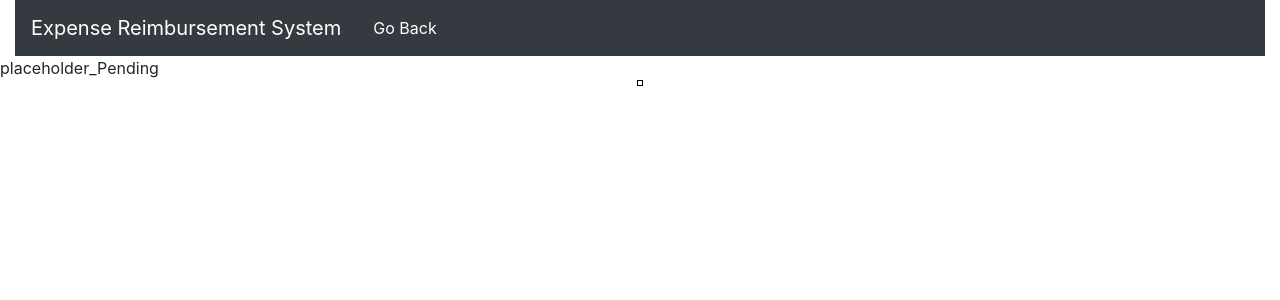
Repository: Trevormulrenin/ers-app
Page: ers-app/src/main/webapp/html/pending.html
The author's editor kept a copy of each file at every save. The page is drawn from the files as they stood at one save, then again after the next save.
The browser window is 1280 px wide. The pictures show the whole page.

Above is the page before, as saved 2021-03-30 22:46:45.

### ers-app/src/main/webapp/html/pending.html
<!DOCTYPE html>
<html>
<head>
	<meta charset="UTF-8">
	<meta name="viewport" content="width=device-with, initial-scale=1.0">

    <link rel="stylesheet" href="https://stackpath.bootstrapcdn.com/bootstrap/4.5.0/css/bootstrap.min.css" integrity="sha384-9aIt2nRpC12Uk9gS9baDl411NQApFmC26EwAOH8WgZl5MYYxFfc+NcPb1dKGj7Sk" crossorigin="anonymous">
	<link rel="stylesheet" type="text/css" href="../css/style.css">
 </head>

 <body>
 	<div class="container-fluid">
		<nav class="navbar navbar-expand-lg navbar-dark bg-dark">
			<a class="navbar-brand" href="index.html">Expense Reimbursement System</a>
					<a class="nav-item nav-link active" id="nav-item-right" href="/ers-app/EmployeeHomeServlet">Go Back</a>
		</nav>
	</div>

	<table id="pending-table">

			placeholder_Pending

	</table>

 </body>
 </html>

### ers-app/src/main/webapp/css/style.css
@charset "UTF-8";

#navbar-menu-right{
	text-decoration: none;
	color: black;
}

.nav-item, .nav-item-active, .nav-list-right {
		color: white;
		border: 1px;
		border-color:white;
	}

h1 {
	text-align: center;
    font-family: Lato;
    color: Black;
    font-size: 40px;
    margin: 50px;
}

p {
	text-align: center;
    font-family: Lato;
	color: Black;
	font-size: 15px;
}

h2 {
	text-align: center;
    font-family: Lato;
    color: Black;
    font-size: 40px;
    margin: 10px;
}

#enter-credentials {
	text-align: center;
    font-family: Lato;
	color: Black;
	font-size: 20px;
}


#pending-reimbursement, #resolved-reimbursement {
	border: 2px solid black;
	color: black;
	text-align:center;
	height: 300px;
	width: 400px;
    top:160px;
    left:20%;
/*     display: flex; */
/* 	justify-content: space-evenly; */
}

#pending-reimbursement {
	float: left;
}

#resolved-reimbursement:hover {
	background-color: gray;
	color:white;
}

#pending-reimbursement:hover {
	background-color: gray;

	color:white;
}

#pending-table, #resolved-table {
	width: "100%";
	padding: 2px;
	margin-left: auto;
	margin-right: auto;
	border: 1px solid black;
	border-collapse: separate;
	border-spacing: 1px;
}

.nav-item, .nav-item-active, .nav-list-right {
/* 		text-decoration: none; */
		color: white;
		border: 1px;
		border-color:white;
	}

#log-in-button {
	text-align: center;
}

.login {
	border: 2px solid black;
	content: 5px;
	width: auto;
	text-align: center;
	padding: 5px;
	margin: auto;
	box-shadow: white;
}

#update-table {
	width: "100%";
	padding: 2px;
	margin-top: 5px;
	margin-bottom: 0px;
	margin-left: auto;
	margin-right: auto;
	border: 1px solid black;
	border-collapse: separate;
	border-spacing: 2px;
}

#reimbursement-table {
	width: "100%";
	padding: 2px;
	margin-top: 5px;
	margin-bottom: 0px;
	margin-left: auto;
	margin-right: auto;
	border: 1px solid black;
	border-collapse: separate;
	border-spacing: 2px;
}

.log-in-button {
	text-align: center;
	margin-top: 10px;
}

After the next save:
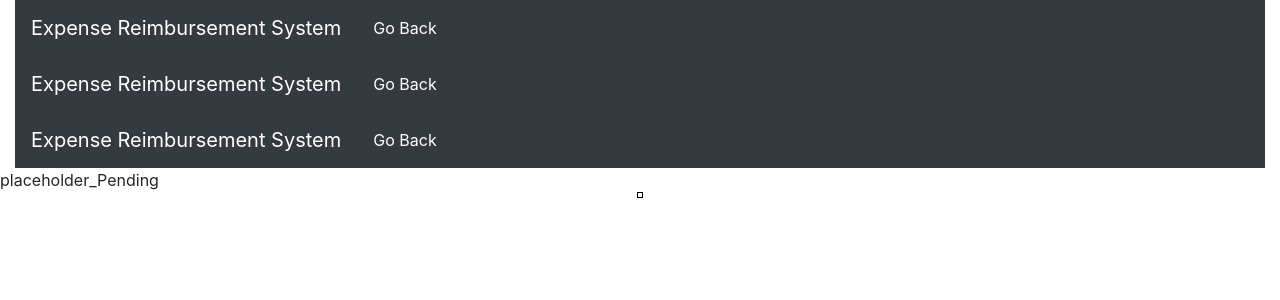
Saved 33 s later.
--- a/ers-app/src/main/webapp/html/pending.html
+++ b/ers-app/src/main/webapp/html/pending.html
@@ -15,6 +15,18 @@
 					<a class="nav-item nav-link active" id="nav-item-right" href="/ers-app/EmployeeHomeServlet">Go Back</a>
 		</nav>
 	</div>
+	 	<div class="container-fluid">
+		<nav class="navbar navbar-expand-lg navbar-dark bg-dark">
+			<a class="navbar-brand" href="index.html">Expense Reimbursement System</a>
+					<a class="nav-item nav-link active" id="nav-item-right" href="/ers-app/EmployeeHomeServlet">Go Back</a>
+		</nav>
+	</div>
+	 	<div class="container-fluid">
+		<nav class="navbar navbar-expand-lg navbar-dark bg-dark">
+			<a class="navbar-brand" href="index.html">Expense Reimbursement System</a>
+					<a class="nav-item nav-link active" id="nav-item-right" href="/ers-app/EmployeeHomeServlet">Go Back</a>
+		</nav>
+	</div>
 
 	<table id="pending-table">
 

After the save that followed:
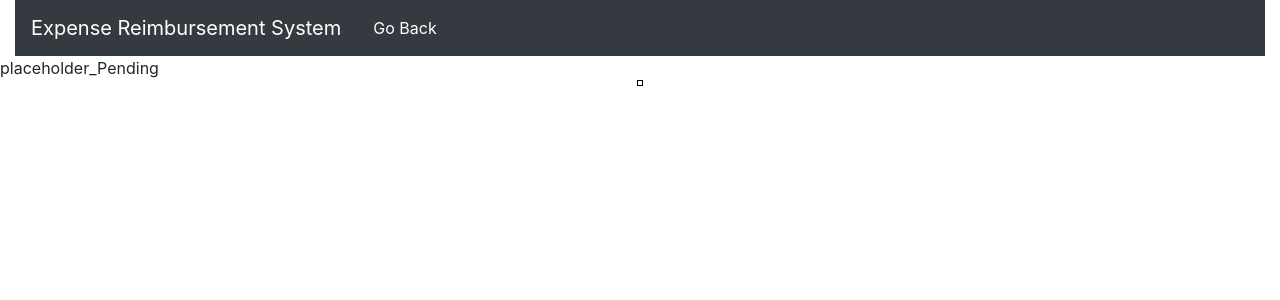
Saved 9 s later.
--- a/ers-app/src/main/webapp/html/pending.html
+++ b/ers-app/src/main/webapp/html/pending.html
@@ -15,18 +15,6 @@
 					<a class="nav-item nav-link active" id="nav-item-right" href="/ers-app/EmployeeHomeServlet">Go Back</a>
 		</nav>
 	</div>
-	 	<div class="container-fluid">
-		<nav class="navbar navbar-expand-lg navbar-dark bg-dark">
-			<a class="navbar-brand" href="index.html">Expense Reimbursement System</a>
-					<a class="nav-item nav-link active" id="nav-item-right" href="/ers-app/EmployeeHomeServlet">Go Back</a>
-		</nav>
-	</div>
-	 	<div class="container-fluid">
-		<nav class="navbar navbar-expand-lg navbar-dark bg-dark">
-			<a class="navbar-brand" href="index.html">Expense Reimbursement System</a>
-					<a class="nav-item nav-link active" id="nav-item-right" href="/ers-app/EmployeeHomeServlet">Go Back</a>
-		</nav>
-	</div>
 
 	<table id="pending-table">
 
